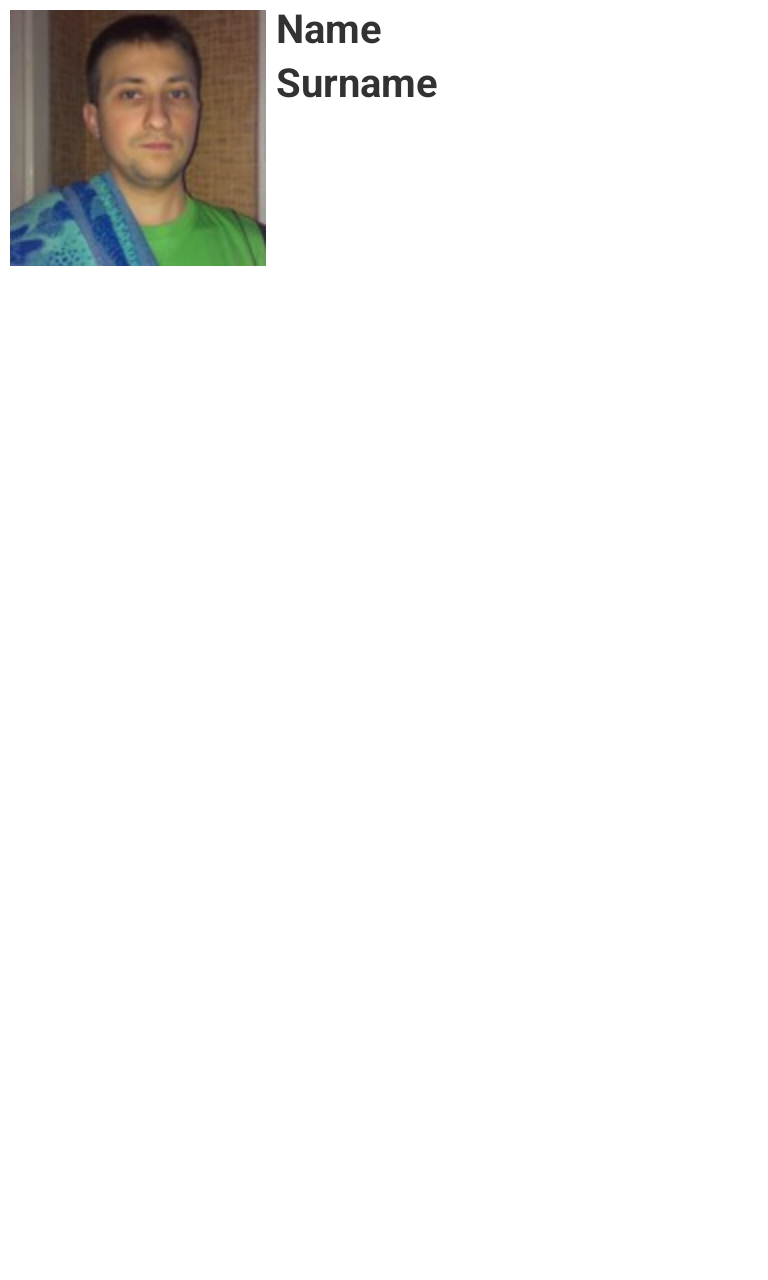
Repository: VanchT/42-test-ivtolkachev
Layout: FacebookFriends/res/layout/activity_main.xml
An editor plug-in stored every save of this project. The layout is shown before and after the next save, followed by the edit.
It is drawn on a 768 x 1280 px phone screen (xhdpi) without system bars, with theme AppTheme; the app's code is not run.

Above is the layout before, as saved 2013-01-09 08:41:32.

After the next save:
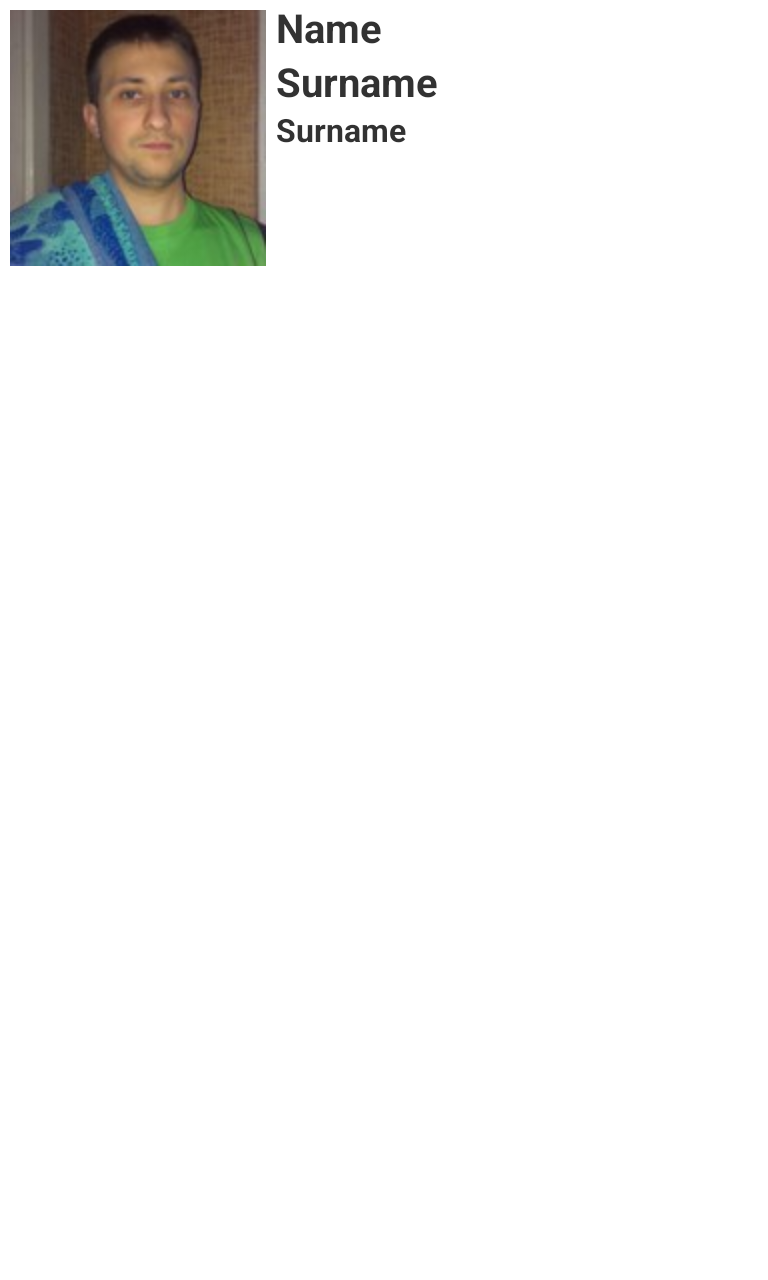
Saved 83 s later.
--- a/FacebookFriends/res/layout/activity_main.xml
+++ b/FacebookFriends/res/layout/activity_main.xml
@@ -34,4 +34,15 @@
         android:text="Surname"
         />
 
+    <TextView
+        android:id="@+id/birthday_me"
+        android:layout_width="wrap_content"
+        android:layout_height="wrap_content"
+        android:layout_toRightOf="@id/image_me"
+        android:layout_below="@id/surname_me"
+        android:textStyle="bold"
+        android:textSize="16sp"
+        android:text="Surname"
+        />
+
 </RelativeLayout>
